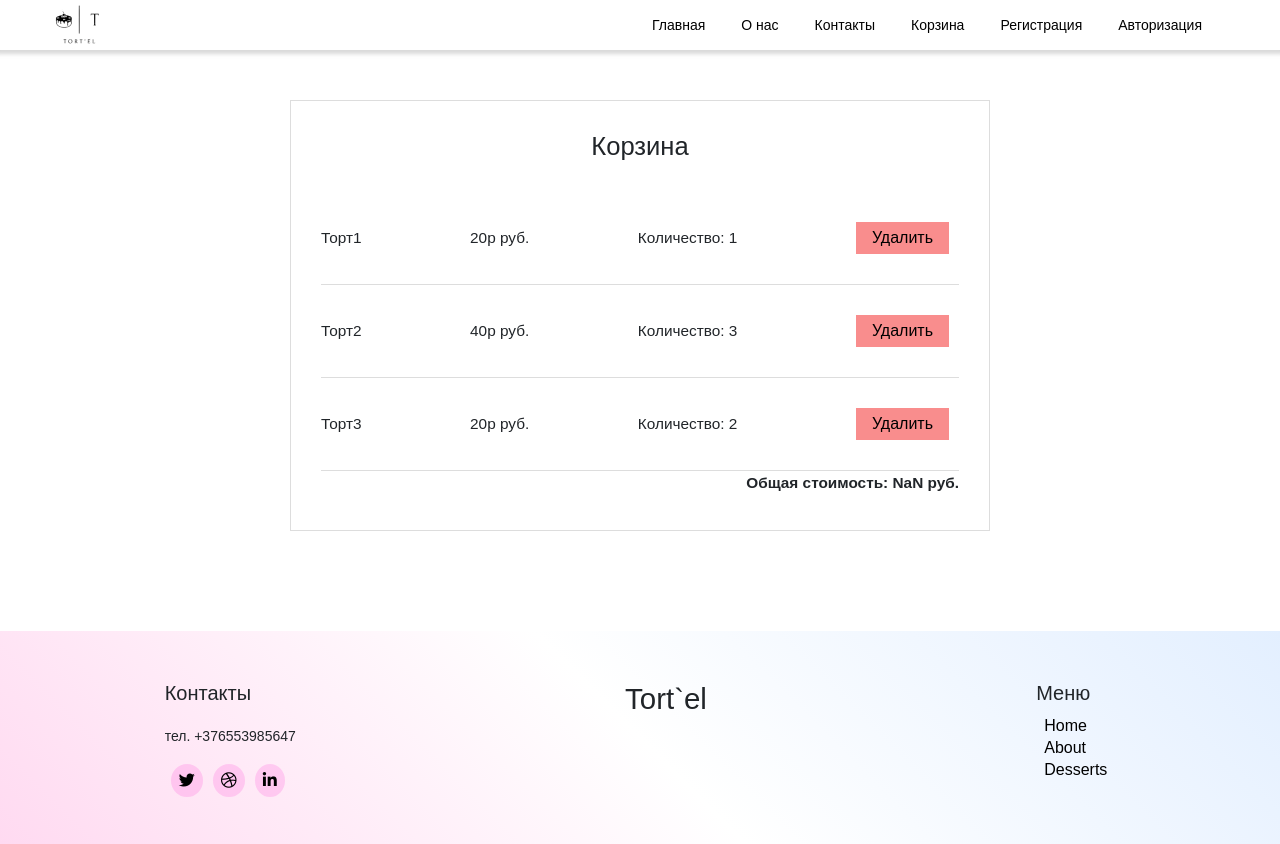
Repository: KseniaEryze/DiplomToday
Page: /basket
An editor plug-in stored every save of this project. The page is shown before and after the next save, followed by the edit.
The browser window is 1280 px wide. The pictures show the whole page.
The page's requests for data from a server got no answer. The project was rebuilt for these pictures with package versions that can differ from the ones it lists, and the page was loaded fresh each time. No one was signed in, and anything a server would have sent is missing. Also part of the build but not shown: src/App.css, src/components/Slider/Slider.jsx, src/pages/About/about.css, src/components/Galery/main.css, src/components/Galery/Gallery.jsx, src/pages/About/About.jsx, src/components/Categories/categories.css, src/components/Categories/Categories.jsx and 21 more.

Above is the page before, as saved 2024-09-10 15:51:12.

### public/index.html
<!DOCTYPE html>
<html lang="en">
  <head>
    <meta charset="utf-8" />
    <link rel="stylesheet" href="https://stackpath.bootstrapcdn.com/bootstrap/4.1.3/css/bootstrap.min.css" integrity="sha384-MCw98/SFnGE8fJT3GXwEOngsV7Zt27NXFoaoApmYm81iuXoPkFOJwJ8ERdknLPMO" crossorigin="anonymous">
    <link rel="stylesheet" href="https://cdnjs.cloudflare.com/ajax/libs/font-awesome/5.15.1/css/all.min.css" integrity="sha512-+4zCK9k+qNFUR5X+cKL9EIR+ZOhtIloNl9GIKS57V1MyNsYpYcUrUeQc9vNfzsWfV28IaLL3i96P9sdNyeRssA==" crossorigin="anonymous" />

    <link rel="icon" href="%PUBLIC_URL%/favicon.ico" />
    <meta name="viewport" content="width=device-width, initial-scale=1" />
    <meta name="theme-color" content="#000000" />
    <meta
      name="description"
      content="Web site created using create-react-app"
    />
    <link rel="apple-touch-icon" href="%PUBLIC_URL%/logo192.png" />
    <!--
      manifest.json provides metadata used when your web app is installed on a
      user's mobile device or desktop. See https://developers.google.com/web/fundamentals/web-app-manifest/
    -->
    <link rel="manifest" href="%PUBLIC_URL%/manifest.json" />
    <!--
      Notice the use of %PUBLIC_URL% in the tags above.
      It will be replaced with the URL of the `public` folder during the build.
      Only files inside the `public` folder can be referenced from the HTML.

      Unlike "/favicon.ico" or "favicon.ico", "%PUBLIC_URL%/favicon.ico" will
      work correctly both with client-side routing and a non-root public URL.
      Learn how to configure a non-root public URL by running `npm run build`.
    -->
    <title>React App</title>
  </head>
  <body>
    <noscript>You need to enable JavaScript to run this app.</noscript>
    <div id="root"></div>
    <!--
      This HTML file is a template.
      If you open it directly in the browser, you will see an empty page.

      You can add webfonts, meta tags, or analytics to this file.
      The build step will place the bundled scripts into the <body> tag.

      To begin the development, run `npm start` or `yarn start`.
      To create a production bundle, use `npm run build` or `yarn build`.
    -->
  </body>
</html>

### src/index.js
import React from 'react';
import ReactDOM from 'react-dom/client';
import './index.css';
import App from './App';
import {BrowserRouter, BrowserRouter as Router} from 'react-router-dom'
import { Provider } from 'react-redux';
import {store}  from 'store';
import './firebase';
import Footer from 'Footer/Footer';




const root = ReactDOM.createRoot(document.getElementById('root'));
root.render(
  <React.StrictMode>
   <BrowserRouter>
    <Provider store = {store}>

          <App />
          <Footer></Footer>

    </Provider>
   </BrowserRouter>
</React.StrictMode>


);

### src/index.css

html, body, div, span, applet, object, iframe,
h1, h2, h3, h4, h5, h6, blockquote, pre,
a, abbr, acronym, address, big, cite, code,
del, dfn, em, img, ins, kbd, q, s, samp,
small, strike, strong, sub, sup, tt, var,
b, u, i, center,
dl, dt, dd, ol, ul, li,
fieldset, form, label, legend,
table, caption, tbody, tfoot, thead, tr, th, td,
article, aside, canvas, details, embed,
figure, figcaption, header, hgroup,
menu, nav, output, ruby, summary,
time, mark, audio, video {
	margin: 0;
	padding: 0;
	border: 0;
	/* font-size: 100%;
	font: inherit; */
	vertical-align: baseline;
}
article, aside, details, figcaption, figure,
footer, header, hgroup, menu, nav, section {
	display: block;
}
html {
	height: 100%;
}
body {
	line-height: 1;
}
ol, ul {
	list-style: none;
}
blockquote, q {
	quotes: none;
}
blockquote:before, blockquote:after,
q:before, q:after {
	content: '';
	content: none;
}
table {
	border-collapse: collapse;
	border-spacing: 0;
}
body {
  margin: 0;
  font-family: -apple-system, BlinkMacSystemFont, 'Segoe UI', 'Roboto', 'Oxygen',
    'Ubuntu', 'Cantarell', 'Fira Sans', 'Droid Sans', 'Helvetica Neue',
    sans-serif;
  -webkit-font-smoothing: antialiased;
  -moz-osx-font-smoothing: grayscale;
}

code {
  font-family: source-code-pro, Menlo, Monaco, Consolas, 'Courier New',
    monospace;
}

h1{
  padding: 20px 0;
  font-size: 4vw;
}
h2 ,h3 ,h4{
  padding: 10px 0;
  font-size: 2vw;
}
h3{
    font-size: 2.3vw;
}
h4{
    font-size:20px
}
p{
	font-size: 1.2vw;
	line-height: 1.8vw;

}

button a{
	color: aliceblue;
}

*{
	font-family: "Philosopher", sans-serif;
	font-weight: 400;
	font-style: normal;
}

.pagination-container {
    margin: 3vw 3vw;
}

section{}
@import url('https://fonts.googleapis.com/css2?family=Philosopher:ital,wght@0,400;0,700;1,400;1,700&display=swap');

@media(max-width: 500px) {
	h1{
        font-size: 7vw;
    }
}

@media(max-width: 900px) {
	h1{
        font-size: 5vw;
    }
}

### src/App.js
import { Route, Routes} from 'react-router-dom';
import './App.css';
import About from './pages/About/About';
import Header from './Header/Header.jsx'
import Home from './pages/Home/Home';
import Registracion from './components/Authorization/Registracion';
import LoginPage from './components/Authorization/LoginPage';
import AdminMain from 'Admin/page/AdminMain';
import Contact from 'pages/Contact/Contact';
import Footer from 'Footer/Footer';
import Basket from 'pages/Basket/Basket';

function App() {
  return (
     <>
        <Header></Header>
          <Routes>
            <Route path = '/login' element = {<LoginPage/>}></Route>
            <Route path = '/register' element = {<Registracion/>}></Route>
            <Route path = '/contacts' element = {<Contact/>}></Route>
            <Route path = '/basket' element = {<Basket></Basket>}></Route>


            <Route path='/' element={<Home/>}></Route>
            <Route path = '/admin' element = {<AdminMain/>}></Route>
            <Route path='/about' element={<About/>}></Route>

            <Route path = '*' element = {<div>404 Not Found</div>}></Route>

          </Routes>


      </>


  );
}

export default App;

### src/store/index.js
import { configureStore } from "@reduxjs/toolkit";
import userReducer from '../store/slices/userSlice'
import cakeReducer from '../store/slices/cakeSlice'


export const store = configureStore({
    reducer: {
        user: userReducer,
        cake: cakeReducer
    }
});

### src/firebase.js
import {initializeApp} from 'firebase/app'

const firebaseConfig = {
    apiKey: process.env.REACT_APP_FIREBASE_API_KEY,
    authDomain: process.env.REACT_APP_FIREBASE_AUTH_DOMAIN,
    projectId: process.env.REACT_APP_FIREBASE_PROJECT_ID,
    storageBucket: process.env.REACT_APP_FIREBASE_STORAGE_BUSCKET,
    messagingSenderId: process.env.REACT_APP_FIREBASE_MESSAGING_SENGER_ID,
    appId: process.env.REACT_APP_FIREBASE_APP_ID
}

const app = initializeApp(firebaseConfig)

### src/Footer/Footer.jsx
import React from 'react'
import { Link } from 'react-router-dom'
import './footer.css'

function Footer() {
  return (

    <footer>
      <div className='footer'>
      <div> <h4>Контакты</h4>
        <div>
          <p>тел.   +376553985647</p>

          <ul class="social-icons">
            <li><a class="twitter" href="#"><i class="fab fa-twitter"></i></a></li>
            <li><a class="dribbble" href="#"><i class="fab fa-dribbble"></i></a></li>
            <li><a class="linkedin" href="#"><i class="fab fa-linkedin-in"></i></a></li>
          </ul>
        </div>
      </div>


      <div>
        <h3>Tort`el</h3>
      </div>
      <div>
        <h4>Меню</h4>
        <ul>
             <li>
                 <Link to="/">Home</Link>
             </li>
             <li>
               <Link to="/about">About</Link>
             </li>
             <li>
                 <Link to="/desserts">Desserts</Link>
             </li>

         </ul>

      </div>
       </div>
    </footer>

  )
}

export default Footer

### src/Header/Header.jsx
import React, { useState } from 'react'
import { Link } from 'react-router-dom'
import logo from './img/logoBlack.png'
import './header.css'
import menu from './img/hamburger.png'

function Header() {
  const [accountAuth, setAccountAuth] = useState(false)
  const [isOpen, setIsOpen] = useState()
  return (
    <div className='header'>

      <div className='logo'>
          <Link to="/"><img src={logo}/></Link>
      </div>

      <nav className={`header_nav ${isOpen ? `active` : ``}`}>
          <ul className='header_nav-list'>
             <li className='header_nav-item'>
                 <Link to="/">Главная</Link>
             </li>

             <li className='header_nav-item'>
               <Link to="/about">О нас</Link>
             </li>

             <li className='header_nav-item'>
               <Link to="/contacts">Контакты</Link>
             </li>
             <li className='header_nav-item'>
               <Link to="/basket">Корзина</Link>
             </li>
              <li className='header_nav-item wrapper-login'>
                <Link to="/register" accountAuth={accountAuth}>Регистрация</Link>
              </li>
              <li className='header_nav-item'>
                <Link to="/login"> Авторизация </Link>
              </li>
            </ul>
         </nav>
         <button className='header_menu-button' onClick={() => setIsOpen(!isOpen)}></button>
     </div>
   )
 }

 export default Header

### src/pages/Basket/Basket.jsx
import React from 'react';
import './main.css'

const Basket = ({  popap, handleRemoveItem }) => {

    const cartItems = [
        {id:1, name:'Торт1', price:'20р', quantity: 1},
        {id:2, name:'Торт2', price:'40р', quantity: 3},
        {id:3, name:'Торт3', price:'20р', quantity: 2}
    ]
      return (
        <div className="cart">
          <h2>Корзина</h2>
          {cartItems.map(item => (
            <div key={item.id} className="cart-item">
              <p>{item.name}</p>
              <p>{item.price} руб.</p>
              <p>Количество: {item.quantity}</p>
              <button onClick={() => handleRemoveItem(item.id)}>Удалить</button>
            </div>
          ))}
          <p className="total-price">Общая стоимость: {cartItems.reduce((acc, item) => acc + item.price * item.quantity, 0)} руб.</p>
        </div>
      );
    };

    export default Basket;

### src/store/slices/userSlice.js
import {createSlice} from '@reduxjs/toolkit'

const initialState = {
    name:null,
    email:null,
    token: null,
    id: null
}

const userSlice = createSlice({
    name:'user',
    initialState,
    reducers:{
        setUser(state, action){
            state.name = action.payload.name;
            state.email = action.payload.email;
            state.token = action.payload.token;
            state.id = action.payload.id;
        },
        removeUser(state){
            state.name =null;
            state.email =null;
            state.token = null;
            state.id = null;
        }

    }

})

export const {setUser,removeUser} = userSlice.actions;

export default userSlice.reducer;

### src/store/slices/cakeSlice.js
import {createSlice} from '@reduxjs/toolkit'

const initialState = {
    name:null,
    desctiprion: null,
    cost: null,
    category: null,
    image: null,
    id: null
}

const cakeSlice = createSlice({
    name:'cake',
    initialState,
    reducers:{
        setCake(state, action){
            state.name = action.payload.name;
            state.desctiprion = action.payload.desctiprion;
            state.cost = action.payload.cost;
            state.category = action.payload.category;
            state.image = action.payload.image;
            state.id = action.payload.id;
        }

    }

})
console.log(cakeSlice.actions)

export const {setCake} = cakeSlice.actions;

export default cakeSlice.reducer;

### src/Footer/footer.css
li{
    padding: 3px 0px;
}
.social-icons {
    text-align: right;
    display: flex;
    justify-content: flex-start;
    align-items: center;
    }
 .social-icons a {
    width: 40px;
    height: 40px;
    line-height: 40px;
    margin-right: 10px;
    border-radius: 100%;
    background-color: #ff5ed73d;

    }

    .social-icons:nth-child(n + 2){
        margin-left: 6px;
    }

    footer p {
        margin: 10px 0 ;
        font-size: 14px;
    }
    footer{
        padding: 20px 0;
    }

### src/components/Slider/main.css
.wrapper-slide{
    display: flex;
    justify-content: center;
    flex-direction: column;
    align-items: center;

    padding: 30px;
}
button{
    padding: 0%;
    margin: 0;
}

.react-slideshow-container .default-nav:last-of-type {
    margin-left: -30px;
    background: rgb(0, 0, 0);
}

.wrapper-slide p{
    margin: 8px;
    padding: 0px;
}
.slide-imade{
    width: 80px;
    height: 80px;
    border-radius: 100%;
}

.react-slideshow-container .default-nav:last-of-type {
    margin-left: -30px;

    /* background: url(./img/icons8-стрелка-100\ \(2\).png) no-repeat; */
}

.react-slideshow-container .default-nav:first-of-type {

    /* background: url(./img/icons8-стрелка-100\ \(3\).png)no-repeat; */
}
/* .react-slideshow-container {
    background-color: black;
    color: aliceblue;
} */
.slide-container button{

    padding: 0px 0px;
    margin-right: 10px;
    margin-top: 30px;
}

### src/Header/header.css

.header{
    position: fixed;
    left: 0;
    top: 0;
    display: flex;
    align-items: center;
    width: 100%;
    padding: 0px 20px;
    height: 50px;
    background-color: white;
    box-shadow: 0 0 4px 4px rgba(136, 136, 136, 0.322);
    z-index: 1;
    color: black;
}

.header_nav{
    margin-left: auto;
    margin-right: 50px;
}

.header_nav-list{
    display: flex;
    list-style: none;
}

.header_nav-item{
    font-size: 14px;
    line-height: 1;
    color: black;
}

.header_nav-item:nth-child(n + 2){
    margin-left: 20px;
}

.header_menu-button{
    display: none;
}

@media(max-width: 576px){
.header_nav.active{
        transform: translateX(225px);
    }

    .header_nav{
        position: fixed;
        top: 0;
        left: -225px;
        display: flex;
        flex-direction: column;
        width:225px;
        height: 100%;
        background-color: white;
        border-radius: 16px 0 16px 0;
        transition-timing-function: linear;
    };

    .header_nav-list{
        display: flex;
        list-style: none;
    }

    .header_nav-list{
        flex: 1;
        display: flex;
        flex-direction: column;
        padding-top: 40px;
        padding-left: 60px;
    }

    .header_nav-item{
        margin: 10px 0px;
    }
    .header_nav-item:nth-child(n + 2){
        margin-left: 0;
    }

    .header_menu-button{
        display: block;
        margin: 0 11vw 0 auto;
        width: 24px;
        height: 24px;
        background-image: url(./img/hamburger.png);
        padding: 0;
        border: 0;
    }

}

### src/pages/Home/main.css
.footer{
    width: 100%;
    display: flex;
    justify-content: space-around;
    align-items: start;
    margin: 0;
    padding: 20px 0;
}
section{
    padding-top: 100px;
}
section, footer{
    background: -webkit-linear-gradient(45deg, rgb(255, 218, 241), rgb(255, 255, 255), rgb(227, 239, 255));
    background: -moz-linear-gradient(45deg, rgb(255, 218, 241), rgb(255, 255, 255), rgb(227, 239, 255));
    background: linear-gradient(45deg, rgb(255, 218, 241), rgb(255, 255, 255), rgb(227, 239, 255));



}
button{
    border: none;
    background-color: #362361cc;
    /* #928d3c */
    color: white;
    padding: 15px 30px;
    margin-right: 10px;

}
.block_header{
    background: url('./img/tort-muss-iagody-malina-rozy-desert.jpg') no-repeat;
    background-size: cover;
    height: 600px;
    padding-top: 0;

    display: flex;
    justify-content: start;
    align-items: center;
}

.block_header-info{
    margin-left: 200px;

}



.category{
    display: flex;
    justify-content: center;
    align-items: center;
    flex-direction: column;

}

.category_list{
    display: flex;
    justify-content: center;

    margin: 0 100px;

}




.advantages{
    display: flex;
    justify-content: center;
    align-items: center;


    background: -webkit-linear-gradient(45deg, rgb(255, 218, 241), rgb(255, 255, 255),rgb(255, 218, 241) rgb(227, 239, 255));
    background: -moz-linear-gradient(45deg, rgb(255, 218, 241), rgb(255, 255, 255), rgb(227, 239, 255));
    background: linear-gradient(120deg, rgb(255, 218, 241), rgb(255, 255, 255), rgb(227, 239, 255));

}
.advantages .order{
    background: url('./img/Без\ имени-1.png') no-repeat;
    background-size: cover;
    width: 380px;
    height: 415px;

}
.advantages p{
     word-wrap:break-word
}
.order{

    color: black;
    display: flex;
    justify-content: center;
    align-items: center;
    flex-direction: column;
    margin-left: 100px;
}

.description-list_point{
    display: flex;

    align-items: center;
}
.description-list_point img{
    margin-right: 25px;
    width: 50PX;
}



.tabs_wrapper{
    display: flex;
    justify-content: center;
    align-items: center;
    width: 100%;
}



.footerLogo{
    width: 200px;
}


.block_header-info{
    color: rgb(41, 41, 41);
}
@media (max-width: 800px) {
.calculation{
    display:none;
    visibility: hidden;
}
.wrapper-home{
    width: 100vw;
}
.menu{
    display: none;
}
}

@media(max-width: 500px){
    .block_header-info{
        margin-left: 15vw;
    }
   .block_header{
        height: 400px;
   }
}

### src/components/Authorization/main.css
.wrapper-center, .authorization-form {
    display: flex;
    justify-content: center;
    flex-direction: column;
}
.wrapper-center{
    padding-top: 100px;
    align-items: center;
    width: 100%;
    padding-bottom: 100px;
}
.authorization-form {
   width: 35vw;
}
input{

    padding: 2vh 3vw;
    margin: 5px;
}
button{
	margin: 20px 10px;
    padding: 1vh 2vw;
}

### src/Admin/page/adminMain.css
header,
main {
  padding-left: 240px;
}

body {
  background: white;
}

@media only screen and (max-width: 992px) {
  header,
  main,
  footer {
    padding-left: 0;
  }
}
a{
    text-decoration: none;
}

#credits li,
#credits li a {
  color: white;
}

#credits li a {
  font-weight: bold;
}

.footer-copyright .container,
.footer-copyright .container a {
  color: #BCC2E2;
}

.fab-tip {
  position: fixed;
  right: 85px;
  padding: 0px 0.5rem;
  text-align: right;
  background-color: #323232;
  border-radius: 2px;
  color: #FFF;
  width: auto;
}


.main {
  height: 400px;
  padding: 10px;
}

.dropdown_button {
  border: none;
  cursor: pointer;
  width: 200px;
  font-family: montserrat;
  border: 1px solid #ffffff;
}

.courses {
  display: none;
  position: absolute;
  background-color: #f1f1f1;
  min-width: 200px;
  box-shadow: 0px 8px 16px 0px rgba(0, 0, 0, 0.2);
  z-index: 1;
}

.courses li {

  text-decoration: none;
  display: block;
  list-style: none;
  background-color: rgb(47, 47, 47);
  font-family: montserrat;
  border: 1px solid white;
}

.courses li a {
  text-decoration: none;
  color: white;
  display: block;
  padding: 5px;
}

.courses li:hover {
  background-color: #0979ad;
  color: white;
}

.admin-form{
  display: flex;
  justify-content: center;
  flex-direction: column;
  align-items: center;
  margin-top: 80px;
}

.admin-text_item{
  width: 300px;
  display: flex;
  justify-content: space-around;
  align-items: center;
  margin: 10px;
}

.admin-text_item input,label{
  width: 80px;
  margin: 5px;
}
.wrapper-adminPage{
  display: flex;
  margin: 20px;
  border: 1px solid rgba(0, 0, 0, 0.158);
  padding-right: 50px;

  border-radius: 30px ;
}


.wrapper-adnin_categorisMenu{
  display: flex;
  justify-content: space-between ;
}

### src/pages/Basket/main.css
.cart {
    /* Стили для контейнера корзины */
    width: 700px;
    margin: 100px auto;
    border: 1px solid #ddd;
    padding: 20px 30px;
  }

  .cart h2 {
    /* Стили для заголовка корзины */
    text-align: center;
    margin-bottom: 20px;
  }

  .cart-item {
    /* Стили для каждого элемента корзины */
    border-bottom: 1px solid #ddd;
    padding: 10px 0;
    display: flex;
    justify-content: space-between;
    align-items: center;
  }

  .cart-item p {
    /* Стили для информации об элементе корзины */
    margin: 0;
  }

  .cart-item button {
    /* Стили для кнопки удаления */
    background-color: #f76666bd; /* Красный цвет */
    color: rgb(0, 0, 0);
    padding: 8px 16px;
    border: none;
    cursor: pointer;
  }

  .cart-item button:hover {
    /* Стили при наведении курсора на кнопку */
    background-color: #d32f2f; /* Более темный красный */
  }

  .total-price {
    /* Стили для общей стоимости */
    text-align: right;
    font-weight: bold;
  }

### src/Admin/page/AdminHeader/header.css

.menu{
    display: flex;
    justify-content: space-around;
    align-items: center;
}

.menu li,a{
    list-style: none;
    text-decoration: none;
    padding: 8px;
    color: rgb(0, 0, 0);
}

.admin-wrapper_menu{
    margin-right: 100px;
    background-color: #36236156;
    color: rgb(41, 41, 41);
    border-radius: 30px 0px 0px 30px;
    padding: 30px;
    width: 12vw;
}
/* .admin-wrapper_menu li{
    border: 1px solid black;
} */

.wrapper-content{
    padding: 70px;
}

After the next save:
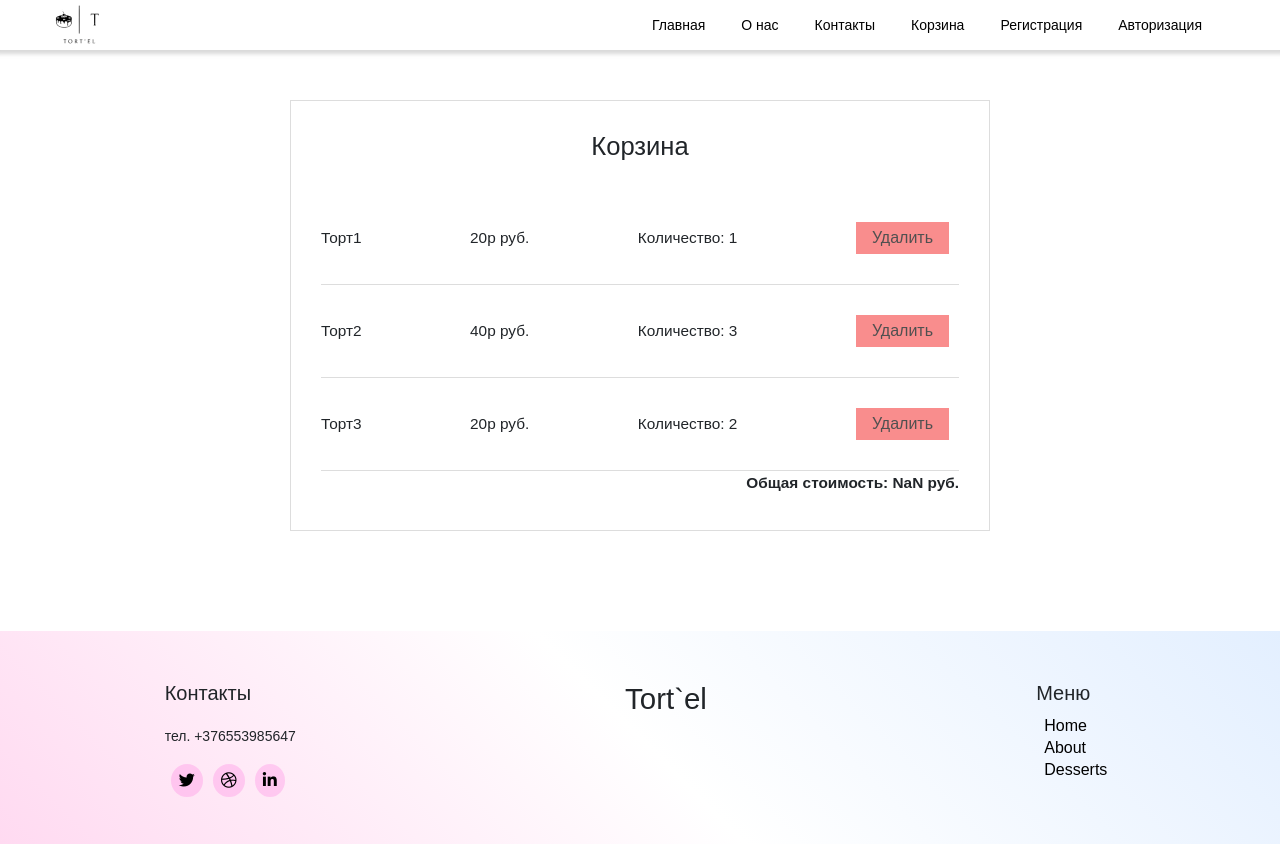
Saved 8 s later.
--- a/src/pages/Basket/main.css
+++ b/src/pages/Basket/main.css
@@ -29,7 +29,7 @@
   .cart-item button {
     /* Стили для кнопки удаления */
     background-color: #f76666bd; /* Красный цвет */
-    color: rgb(0, 0, 0);
+    color: rgb(80, 80, 80);
     padding: 8px 16px;
     border: none;
     cursor: pointer;
